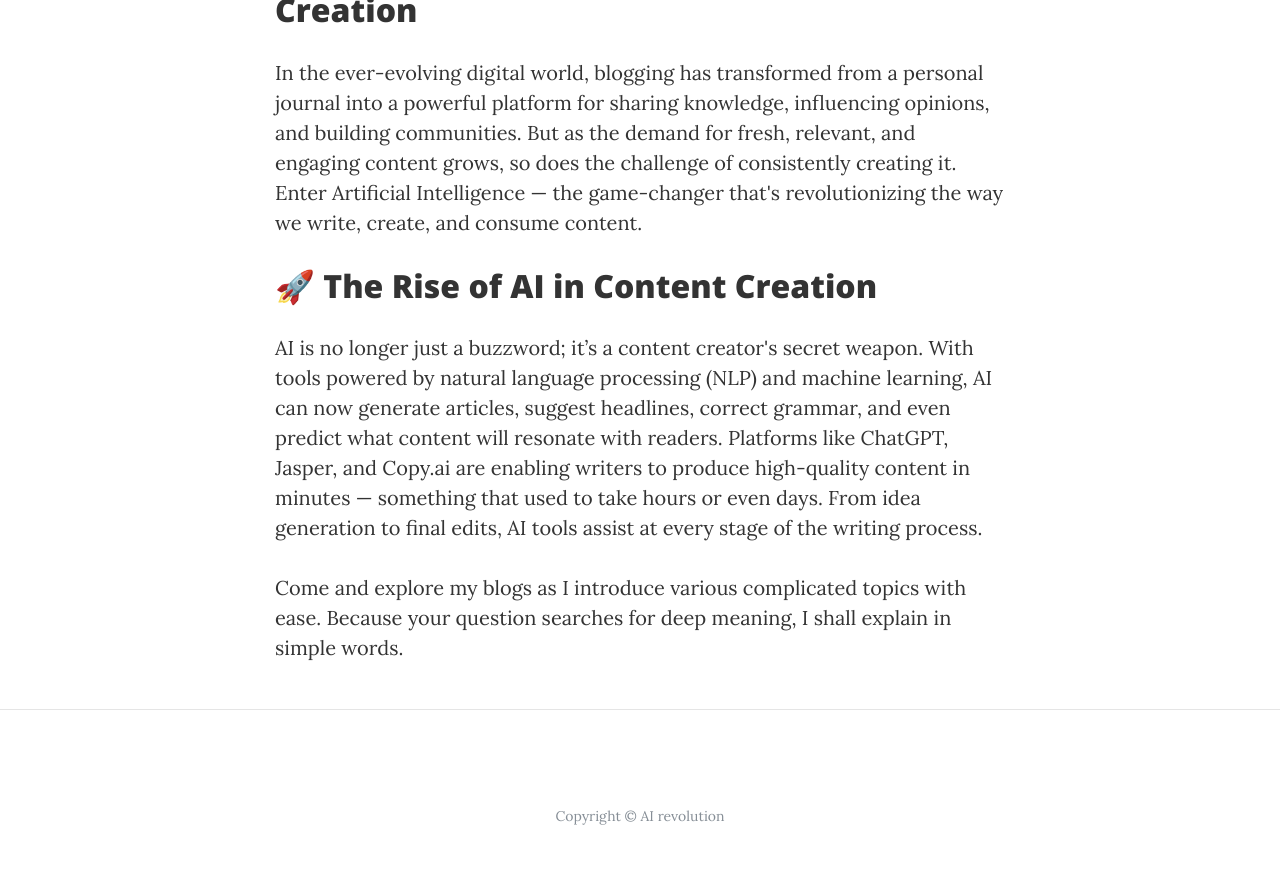
Repository: wahibkhannn/WriteWise-AI_blogging
Page: http://localhost/about
An editor plug-in stored every save of this project. The page is shown before and after a run of saves, followed by the edit.
The browser window is 1280 px wide. The pictures show the part of the page from y = 582 to 1534 px (the page is 1474 px tall before and 1534 px after).
Some web fonts or font styles are not loaded; a fallback is used. The page is served by the project's application, run on Flask 3 (app.py).

Above is the page before, as saved 2025-07-01 14:01:43.

### templates/about.html
<!DOCTYPE html>
<html lang="en">

<head>

  <meta charset="utf-8">
  <meta name="viewport" content="width=device-width, initial-scale=1, shrink-to-fit=no">
  <meta name="description" content="">
  <meta name="author" content="">

  <title>Blog Speaks</title>

  <link href="{{ url_for('static', filename='bootstrap.min.css') }}" rel="stylesheet">
  <link href="{{ url_for('static', filename='font-awesome.min.css') }}" rel="stylesheet" type="text/css">
  <link href='https://fonts.googleapis.com/css?family=Lora:400,700,400italic,700italic' rel='stylesheet'
    type='text/css'>
  <link
    href='https://fonts.googleapis.com/css?family=Open+Sans:300italic,400italic,600italic,700italic,800italic,400,300,600,700,800'
    rel='stylesheet' type='text/css'>
  <link href="{{ url_for('static', filename='blog.min.css') }}" rel="stylesheet">

</head>

<body>

  <!-- Navigation -->
  <nav class="navbar navbar-expand-lg navbar-light fixed-top" id="mainNav">
    <div class="container">
      <a class="navbar-brand" href="{{ url_for('index') }}">Blog Speaks</a>
      <button class="navbar-toggler navbar-toggler-right" type="button" data-toggle="collapse"
        data-target="#navbarResponsive" aria-controls="navbarResponsive" aria-expanded="false"
        aria-label="Toggle navigation">
        Menu
        <i class="fa fa-bars"></i>
      </button>
      <div class="collapse navbar-collapse" id="navbarResponsive">
        <ul class="navbar-nav ml-auto">
          <li class="nav-item">
            <a class="nav-link" href="{{ url_for('index') }}">Home</a>
          </li>
          <li class="nav-item">
            <a class="nav-link" href="{{ url_for('about') }}">About Me</a>
          </li>
          <li class="nav-item">
            <a class="nav-link" href="{{ url_for('add') }}">Add</a>
          </li>
          <li class="nav-item">
            <a class="nav-link" href="{{ url_for('delete') }}">Delete</a>
          </li>
        </ul>
      </div>
    </div>
  </nav>

  <!-- Page Header -->
  <header class="masthead" style="background-image: url('{{ url_for('static', filename='about_me.jpg') }}')">
    <div class="container">
      <div class="row">
        <div class="col-lg-8 col-md-10 mx-auto">
          <div class="page-heading">
            <h1>AI revolution</h1>
            <span class="subheading">Revolutionizing WriteWise AI: The Future of Content Creation</span>
          </div>
        </div>
      </div>
    </div>
  </header>

  <!-- Main Content -->
  <div class="container">
    <div class="row">
      <div class="col-lg-8 col-md-10 mx-auto">
        <h2>Creation</h2>
        <p>In the ever-evolving digital world, blogging has transformed from a personal journal into a powerful platform
          for sharing knowledge, influencing opinions, and building communities. But as the demand for fresh, relevant,
          and engaging content grows, so does the challenge of consistently creating it. Enter Artificial Intelligence —
          the game-changer that's revolutionizing the way we write, create, and consume content.</p>
        <h2>🚀 The Rise of AI in Content Creation</h2>
        <p>AI is no longer just a buzzword; it’s a content creator's secret weapon. With tools powered by natural language processing (NLP) and machine learning, AI can now generate articles, suggest headlines, correct grammar, and even predict what content will resonate with readers.
          Platforms like ChatGPT, Jasper, and Copy.ai are enabling writers to produce high-quality content in minutes —
          something that used to take hours or even days. From idea generation to final edits, AI tools assist at every
          stage of the writing process.</p>
        <p>Come and explore my blogs as I introduce various complicated topics with ease. Because your question searches
          for deep meaning, I shall explain in simple words.</p>
      </div>
    </div>
  </div>

  <hr>

  <!-- Footer -->
  <footer>
    <div class="container">
      <div class="row">
        <div class="col-lg-8 col-md-10 mx-auto">
          <p class="copyright text-muted">Copyright &copy; AI revolution</p>
        </div>
      </div>
    </div>
  </footer>

  <script src="{{ url_for('static', filename='jquery.min.js') }}"></script>
  <script src="{{ url_for('static', filename='popper.min.js') }}"></script>
  <script src="{{ url_for('static', filename='bootstrap.min.js') }}"></script>
  <script src="{{ url_for('static', filename='blog.min.js') }}"></script>

</body>

</html>

### app.py
from flask import Flask, render_template, request, redirect, url_for
from flask_sqlalchemy import SQLAlchemy
from datetime import datetime

app = Flask(__name__)

app.config['SQLALCHEMY_DATABASE_URI'] = 'sqlite:///F:/STUDY/Projects/18BLC1131_DA1/blog_speaks/blog.db'

db = SQLAlchemy(app)

class Blogpost(db.Model):
    id = db.Column(db.Integer, primary_key=True)
    title = db.Column(db.String(50))
    subtitle = db.Column(db.String(50))
    author = db.Column(db.String(20))
    date_posted = db.Column(db.DateTime)
    content = db.Column(db.Text)

@app.route('/')
def index():
    posts = Blogpost.query.order_by(Blogpost.date_posted.desc()).all()
    return render_template('index.html', posts=posts)

@app.route('/about')
def about():
    return render_template('about.html')

@app.route('/post/<int:post_id>')
def post(post_id):
    post = Blogpost.query.filter_by(id=post_id).one()
    return render_template('post.html', post=post)

@app.route('/add')
def add():
    return render_template('add.html')

@app.route('/delete')
def delete():
    posts = Blogpost.query.order_by(Blogpost.date_posted.desc()).all()
    return render_template('delete.html', posts=posts)

@app.route('/addpost', methods=['POST'])
def addpost():
    title = request.form['title']
    subtitle = request.form['subtitle']
    author = request.form['author']
    content = request.form['content']

    post = Blogpost(title=title, subtitle=subtitle, author=author, content=content, date_posted=datetime.now())

    db.session.add(post)
    db.session.commit()

    return redirect(url_for('index'))

@app.route('/deletepost', methods=['DELETE','POST'])
def deletepost():
    post_id = request.form.get("post_id")

    post = Blogpost.query.filter_by(id=post_id).first()

    db.session.delete(post)
    db.session.commit()

    return redirect(url_for('index'))

if __name__ == '__main__':
    app.run(debug=True)

### static/blog.min.js
!function(i){"use strict";i("body").on("input propertychange",".floating-label-form-group",function(o){i(this).toggleClass("floating-label-form-group-with-value",!!i(o.target).val())}).on("focus",".floating-label-form-group",function(){i(this).addClass("floating-label-form-group-with-focus")}).on("blur",".floating-label-form-group",function(){i(this).removeClass("floating-label-form-group-with-focus")});if(i(window).width()>1170){var o=i("#mainNav").height();i(window).on("scroll",{previousTop:0},function(){var s=i(window).scrollTop();s<this.previousTop?s>0&&i("#mainNav").hasClass("is-fixed")?i("#mainNav").addClass("is-visible"):i("#mainNav").removeClass("is-visible is-fixed"):s>this.previousTop&&(i("#mainNav").removeClass("is-visible"),s>o&&!i("#mainNav").hasClass("is-fixed")&&i("#mainNav").addClass("is-fixed")),this.previousTop=s})}}(jQuery);

Loaded but not shown: static/bootstrap.min.css (library); static/font-awesome.min.css (library); static/blog.min.css (library); static/jquery.min.js (library); static/popper.min.js (library); static/bootstrap.min.js (library)

After the next 3 saves:
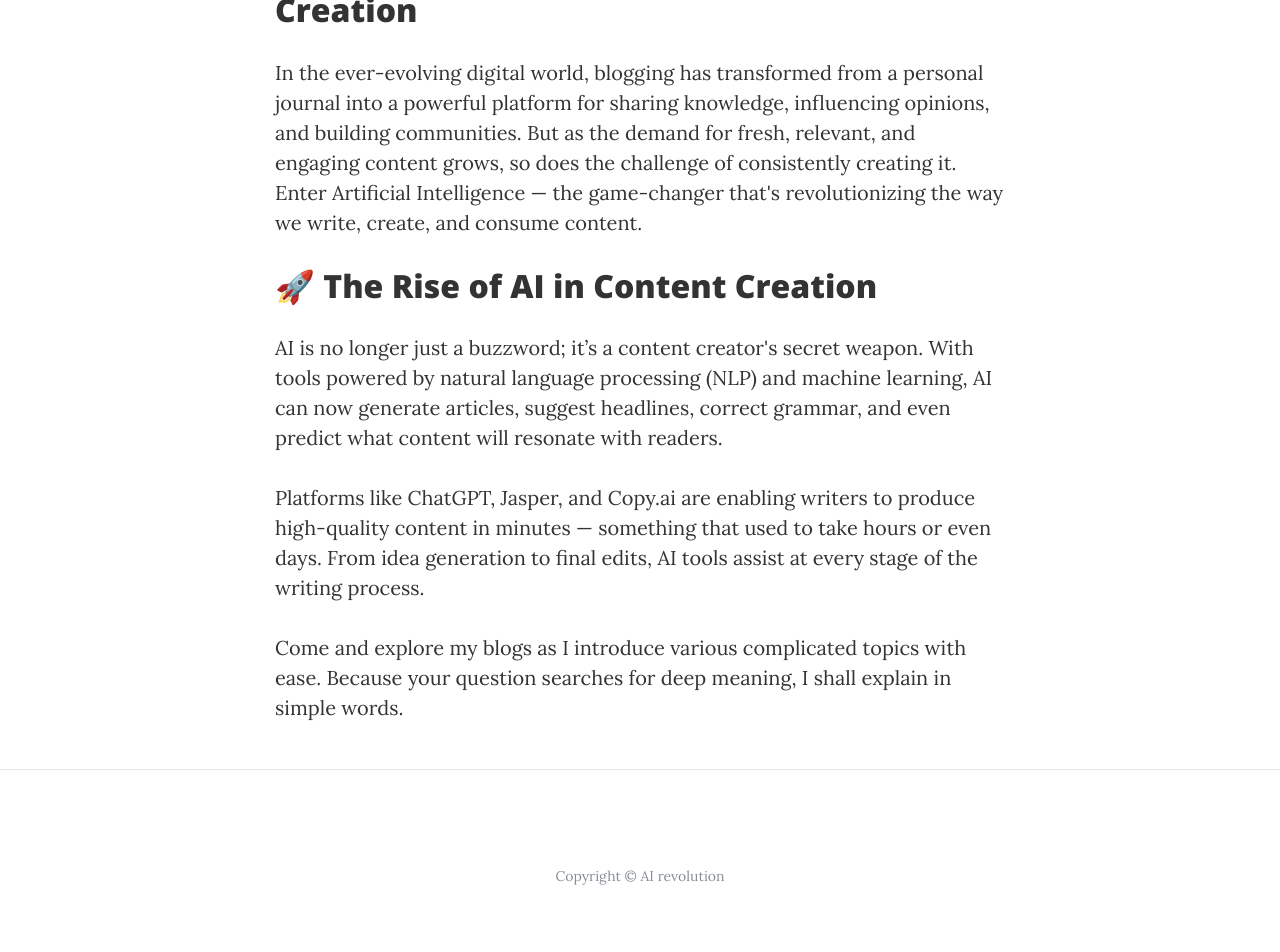
The 3 saves are shown as one change because they came seconds apart.
The last was saved 8 s later.
--- a/templates/about.html
+++ b/templates/about.html
@@ -77,7 +77,7 @@
           the game-changer that's revolutionizing the way we write, create, and consume content.</p>
         <h2>🚀 The Rise of AI in Content Creation</h2>
         <p>AI is no longer just a buzzword; it’s a content creator's secret weapon. With tools powered by natural language processing (NLP) and machine learning, AI can now generate articles, suggest headlines, correct grammar, and even predict what content will resonate with readers.
-          Platforms like ChatGPT, Jasper, and Copy.ai are enabling writers to produce high-quality content in minutes —
+        <p></p>Platforms like ChatGPT, Jasper, and Copy.ai are enabling writers to produce high-quality content in minutes —
           something that used to take hours or even days. From idea generation to final edits, AI tools assist at every
           stage of the writing process.</p>
         <p>Come and explore my blogs as I introduce various complicated topics with ease. Because your question searches
